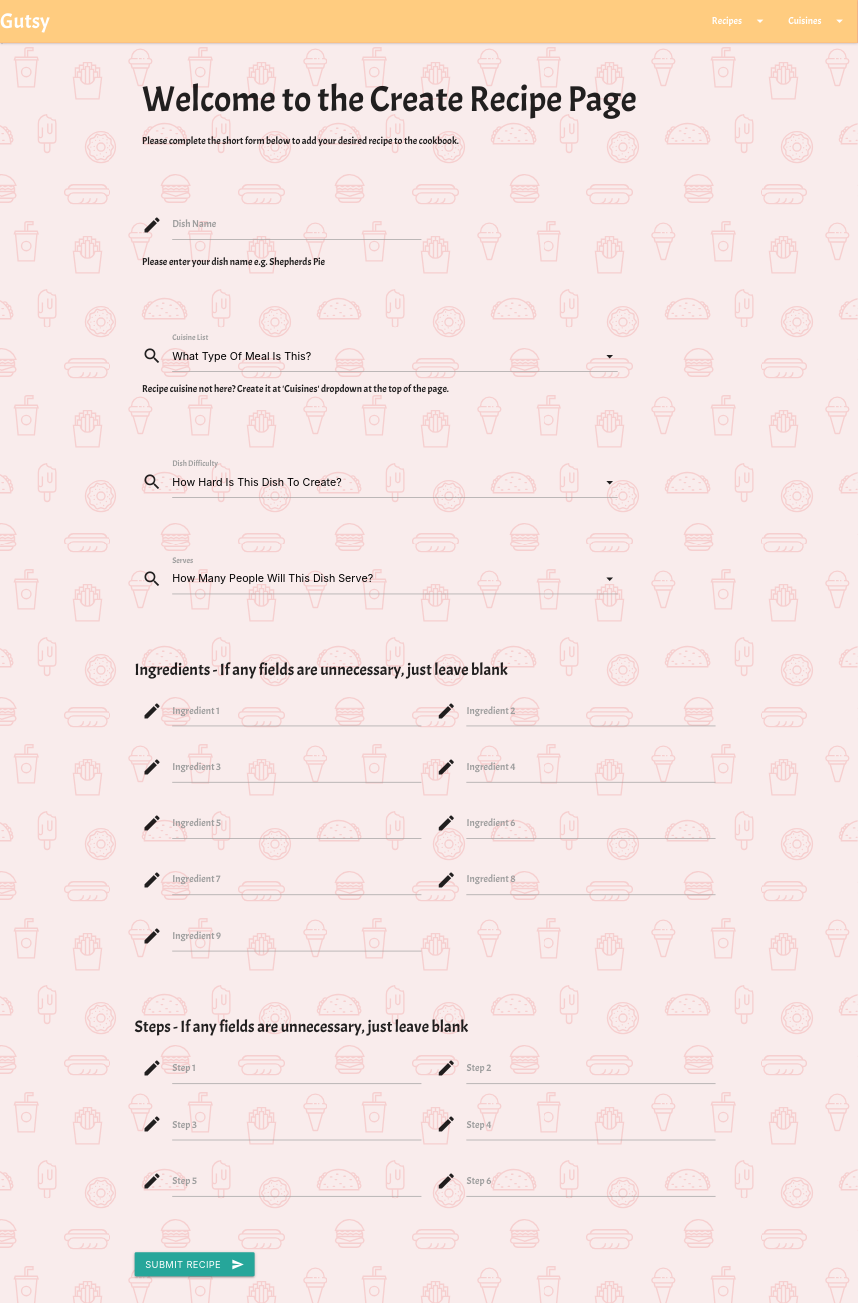
Repository: connor-blackburn/gutsy
Page: http://localhost/create_recipe
The author's editor kept a record of every edit. The page is drawn from the files as they stood at one moment, then again after the next edit.
The browser window is 1280 px wide. The pictures show the whole page, at 67% of full size.
The page is served by the project's application, run on Flask 3 (app.py). Queries for data that is not in the repository find no rows.

Above is the page before.

### templates/create_recipe.html
{% extends 'base.html' %} {% block content %}

<div class="row description container">
    <h2>Welcome to the Create Recipe Page</h2>
    <p>Please complete the short form below to add your desired recipe to the cookbook.</p>
</div>

<form action="{{ url_for('insert_recipe') }}" method="POST" class="col s12 container">

    <!-- A single input field creating the new recipe dish name -->
    <div class="row">
        <div class="input-field col s6">
            <i class="material-icons prefix">create</i>
            <input id="icon_prefix" type="text" id="recipes" name="dish_name" class="validate">
            <label for="icon_prefix" id="recipes" name="dish_name">Dish Name</label>
            <p>Please enter your dish name e.g. Shepherds Pie</p>
        </div>
    </div>
    <!-- A Dropdown Menu For User To Select Recipe Cuisine -->
    <div class="row">
        <div class="input-field col s10">
            <i class="material-icons prefix">search</i>
            <select id="recipes" name="cuisine_name">
                <option value="" disabled selected>What Type Of Meal Is This?</option>
                {% for cuisine in cuisines %}
                    <option value="{{cuisine.cuisine_name}}">{{cuisine.cuisine_name}}</option>
                {% endfor %}
            </select>
            <label>Cuisine List</label>
            <p>Recipe cuisine not here? Create it at 'Cuisines' dropdown at the top of the page.</p>
        </div>
    </div>
    <!-- A Dropdown Menu For A User To Select Recipe Difficulty -->
    <div class="row">
        <div class="input-field col s10">
            <i class="material-icons prefix">search</i>
            <select id="recipes" name="dish_difficulty">
                <option value="" disabled selected>How Hard Is This Dish To Create?</option>
                {% for difficulties in difficulties%}
                    <option value="{{difficulties.dish_difficulty}}">{{difficulties.dish_difficulty}}</option>
                {% endfor %}
            </select>
            <label>Dish Difficulty</label>
        </div>
    </div>
    <!-- A Dropdown Menu For A User To Select How Many People The Recipe Will Serve -->
    <div class="row">
        <div class="input-field col s10">
            <i class="material-icons prefix">search</i>
            <select id="recipes" name="serves">
                <option value="" disabled selected>How Many People Will This Dish Serve?</option>
                {% for serves in serves %}
                    <option value="{{serves.serves}}">{{serves.serves}}</option>
                {% endfor %}
            </select>
            <label>Serves</label>
        </div>
    </div>
    <!-- A Series Of Input Fields For A User To Input All Required Ingredients -->
    <div class="row">
        <h5>Ingredients - If any fields are unnecessary, just leave blank</h5>
        <div class="input-field col s6">
            <i class="material-icons prefix">create</i>
            <input id="icon_prefix" id="recipes" name="ingredient_1" type="text" class="validate">
            <label for="icon_prefix">Ingredient 1</label>
        </div>
        <div class="input-field col s6">
            <i class="material-icons prefix">create</i>
            <input id="icon_prefix" id="recipes" name="ingredient_2" type="text" class="validate">
            <label for="icon_prefix">Ingredient 2</label>
        </div>

        <div class="input-field col s6">
            <i class="material-icons prefix">create</i>
            <input id="icon_prefix" id="recipes" name="ingredient_3" type="text" class="validate">
            <label for="icon_prefix">Ingredient 3</label>
        </div>

        <div class="input-field col s6">
            <i class="material-icons prefix">create</i>
            <input id="icon_prefix" id="recipes" name="ingredient_4" type="text" class="validate">
            <label for="icon_prefix">Ingredient 4</label>
        </div>

        <div class="input-field col s6">
            <i class="material-icons prefix">create</i>
            <input id="icon_prefix" id="recipes" name="ingredient_5" type="text" class="validate">
            <label for="icon_prefix">Ingredient 5</label>
        </div>

        <div class="input-field col s6">
            <i class="material-icons prefix">create</i>
            <input id="icon_prefix" id="recipes" name="ingredient_6" type="text" class="validate">
            <label for="icon_prefix">Ingredient 6</label>
        </div>

        <div class="input-field col s6">
            <i class="material-icons prefix">create</i>
            <input id="icon_prefix" id="recipes" name="ingredient_7" type="text" class="validate">
            <label for="icon_prefix">Ingredient 7</label>
        </div>

        <div class="input-field col s6">
            <i class="material-icons prefix">create</i>
            <input id="icon_prefix" id="recipes" name="ingredient_8" type="text" class="validate">
            <label for="icon_prefix">Ingredient 8</label>
        </div>

        <div class="input-field col s6">
            <i class="material-icons prefix">create</i>
            <input id="icon_prefix" id="recipes" name="ingredient_9" type="text" class="validate">
            <label for="icon_prefix">Ingredient 9</label>
        </div>
    </div>
    <!-- A Series Of Input Fields For A User To Input All Required Steps To Create Recipe -->
    <div class="row">
        <h5>Steps - If any fields are unnecessary, just leave blank </h5>
        <div class="input-field col s6">
            <i class="material-icons prefix">create</i>
            <input id="icon_prefix" id="recipes" name="step_1" type="text" class="validate">
            <label for="icon_prefix">Step 1</label>
        </div>
        <div class="input-field col s6">
            <i class="material-icons prefix">create</i>
            <input id="icon_prefix" id="recipes" name="step_2" type="text" class="validate">
            <label for="icon_prefix">Step 2</label>
        </div>
        <div class="input-field col s6">
            <i class="material-icons prefix">create</i>
            <input id="icon_prefix" id="recipes" name="step_3" type="text" class="validate">
            <label for="icon_prefix">Step 3</label>
        </div>
        <div class="input-field col s6">
            <i class="material-icons prefix">create</i>
            <input id="icon_prefix" id="recipes" name="step_4" type="text" class="validate">
            <label for="icon_prefix">Step 4</label>
        </div>
        <div class="input-field col s6">
            <i class="material-icons prefix">create</i>
            <input id="icon_prefix" id="recipes" name="step_5" type="text" class="validate">
            <label for="icon_prefix">Step 5</label>
        </div>
        <div class="input-field col s6">
            <i class="material-icons prefix">create</i>
            <input id="icon_prefix" id="recipes" name="step_6" type="text" class="validate">
            <label for="icon_prefix">Step 6</label>
        </div>
    </div>
    <!-- Submit Button -->
    <div class="row">
        <button class="btn waves-effect waves-light" type="submit" name="action">Submit Recipe
            <i class="material-icons right">send</i>
        </button>
    </div>
</form>
{% endblock %}

### templates/base.html
<!DOCTYPE html>
<html>

<head>
    <meta charset="UTF-8">
    <meta name="viewport" content="width=device-width, initial-scale=1.0">
    <meta http-equiv="X-UA-Compatible" content="ie=edge">
    <link href="https://fonts.googleapis.com/icon?family=Material+Icons" rel="stylesheet">
    <link rel="stylesheet" href="https://cdnjs.cloudflare.com/ajax/libs/materialize/1.0.0/css/materialize.min.css">
    <link href="https://fonts.googleapis.com/css?family=Acme&display=swap" rel="stylesheet">
    <link rel="stylesheet" href="{{ url_for('static', filename='css/style.css') }}" type="text/css" />
</head>

<body>
    <header>
        <ul id="dropdown1" class="dropdown-content">
            <li><a href="{{url_for('get_recipes_step_one')}}">Edit Recipes</a></li>
            <li class="divider"></li>
            <li><a href="#!">Create Recipes</a></li>
        </ul>
        <ul id="dropdown2" class="dropdown-content">
            <li><a href="{{url_for('edit_cuisine_homepage')}}">Edit Cuisines</a></li>
            <li class="divider"></li>
            <li><a href="{{url_for('create_cuisine')}}">Create Cuisines</a></li>
        </ul>
        <ul id="dropdown3" class="dropdown-content">
            <li><a href="{{url_for('get_recipes_step_one')}}">Edit Recipes</a></li>
            <li class="divider"></li>
            <li><a href="#!">Create Recipes</a></li>
        </ul>
        <ul id="dropdown4" class="dropdown-content">
            <li><a href="{{url_for('edit_cuisine_homepage')}}">Edit Cuisines</a></li>
            <li class="divider"></li>
            <li><a href="{{url_for('create_cuisine')}}">Create Cuisines</a></li>
        </ul>
        <nav>
            <div class="nav-wrapper orange lighten-3">
                <a href="{{ url_for('home') }}" class="brand-logo">Gutsy</a>
                <a href="#" data-target="mobile-demo" class="sidenav-trigger"><i class="material-icons">menu</i></a>
                <ul class="right hide-on-med-and-down">
                    <li><a class="dropdown-trigger" href="#!" data-target="dropdown1">Recipes<i class="material-icons right">arrow_drop_down</i></a></li>
                    <li><a class="dropdown-trigger" href="#!" data-target="dropdown2">Cuisines<i class="material-icons right">arrow_drop_down</i></a></li>
                </ul>
            </div>
        </nav>

        <ul class="sidenav" id="mobile-demo">
            <li><a class="dropdown-trigger" href="#!" data-target="dropdown3">Recipes<i class="material-icons right">arrow_drop_down</i></a></li>
            <li><a class="dropdown-trigger" href="#!" data-target="dropdown4">Cuisines<i class="material-icons right">arrow_drop_down</i></a></li>
        </ul>
    </header>
    {% block content %} {% endblock %}

    <script type="text/javascript" src="https://cdnjs.cloudflare.com/ajax/libs/jquery/3.4.1/jquery.min.js"></script>
    <script src="https://cdnjs.cloudflare.com/ajax/libs/materialize/1.0.0/js/materialize.min.js"></script>
    <script type="text/javascript">
        $(document).ready(function() {
            $('.dropdown-trigger').dropdown();
            $('.collapsible').collapsible();
            $('.sidenav').sidenav();
            $('select').formSelect();
           // $('body').css('display', 'none');
            //$('body').fadeIn(1800);
        });
    </script>


</body>

</html>

### app.py
import os
from flask import Flask, render_template, redirect, request, url_for
from flask_pymongo import PyMongo
from bson.objectid import ObjectId

app = Flask(__name__)

app.config["MONGO_DBNAME"] = 'cookbook'
app.config["MONGO_URI"] = os.environ.get('MONGO_URI')

mongo = PyMongo(app)

# Home Page - Index
@app.route('/')
@app.route('/home')
def home():
    return render_template('index.html',
    cuisines=mongo.db.cuisines.find())

# Create Cuisine Page - Short Form
@app.route('/create_cuisine')
def create_cuisine():
    return render_template('create_cuisine.html',
    cuisines=mongo.db.cuisines.find())

# Inserts New Cuisine To Site & Redirects Back To Cuisine Homepage
@app.route('/insert_cuisine', methods=['POST'])
def insert_cuisine():
    cuisines = mongo.db.cuisines
    cuisines.insert_one(request.form.to_dict())
    return redirect(url_for('edit_cuisine_homepage'))

# Edit Cuisine Homepage - Shows Collection For User Choice
@app.route('/edit_cuisine_homepage')
def edit_cuisine_homepage():
    return render_template('edit_cuisine_homepage.html',
    cuisines=mongo.db.cuisines.find())

# Edit Cuisine Page, Cuisine Title Altered Here
@app.route('/edit_cuisine/<cuisine_id>')
def edit_cuisine(cuisine_id):
    return render_template('edit_cuisine.html',
    cuisines=mongo.db.cuisines.find_one({'_id': ObjectId(cuisine_id)}))

# Confirms Cuisine Change & Redirects Back To Cuisine Homepage
@app.route('/update_cuisine/<cuisine_id>', methods=['POST'])
def update_cuisine(cuisine_id):
    mongo.db.cuisines.update(
        {'_id': ObjectId(cuisine_id)},
        {'cuisine_name': request.form.get('cuisine_name')})
    return redirect(url_for('edit_cuisine_homepage'))

# Confirms Cuisine Deletion & Redirects Back To Cuisine Homepage
@app.route('/delete_cuisine/<cuisine_id>')
def delete_cuisine(cuisine_id):
    mongo.db.cuisines.remove({'_id': ObjectId(cuisine_id)}),
    return redirect(url_for('edit_cuisine_homepage'))

# Displays Correct Recipe In Relation To Cuisine Chosen
@app.route('/recipe_display/<cuisine_id>')
def recipe_display(cuisine_id):
    return render_template('recipe_display.html',
    recipes=mongo.db.recipes.find(),
    difficulties=mongo.db.difficulties.find(),
    serves=mongo.db.serves.find(),
    cuisines=mongo.db.cuisines.find_one({'_id': ObjectId(cuisine_id)}))

# Displays Cuisines So Users Can Narrow Recipe Search Efficiently
@app.route('/get_recipes_step_one')
def get_recipes_step_one():
    return render_template('get_recipes_step_one.html',
    cuisines=mongo.db.cuisines.find())

# Displays Recipes With Edit & Delete Buttons For User
@app.route('/get_recipes_step_two/<cuisine_id>')
def get_recipes_step_two(cuisine_id):
    return render_template('get_recipes_step_two.html',
    recipes=mongo.db.recipes.find(),
    cuisines=mongo.db.cuisines.find_one({'_id': ObjectId(cuisine_id)}))

# Confirms Cuisine Deletion & Redirects Back To Recipe Step One
@app.route('/delete_recipe/<recipe_id>')
def delete_recipe(recipe_id):
    mongo.db.recipes.remove({'_id': ObjectId(recipe_id)}),
    return redirect(url_for('get_recipes_step_one'))

#SPACE FOR RECIPE EDIT

# Allows User To Fill Form Creating New Recipe
@app.route('/create_recipe')
def create_recipe():
    return render_template('create_recipe.html',
    recipes=mongo.db.recipes.find(),
    cuisines=mongo.db.cuisines.find(),
    difficulties=mongo.db.difficulties.find(),
    serves=mongo.db.serves.find())

# This Allows The Form To Update Theh Database
@app.route('/insert_recipe', methods=['POST'])
def insert_recipe():
    recipes = mongo.db.recipes
    recipes.insert_one(request.form.to_dict())
    return redirect(url_for('create_recipe'))

# This Offers A User A Form With Dynamically Loaded Content To Edit
@app.route('/edit_recipe/<recipe_id>')
def edit_recipe(recipe_id):
    recipes = mongo.db.recipes.find_one({"_id": ObjectId(recipe_id)})
    cuisine = mongo.db.cuisines.find()
    difficulties = mongo.db.difficulties.find()
    serves = mongo.db.serves.find()
    return render_template('edit_recipe.html', recipe=recipes,
    cuisines=cuisine, difficulties=difficulties, serves=serves)

# Confirms Recipe Change & Redirects Back To Get Recipe Step Two
@app.route('/update_recipe/<recipe_id>', methods=['POST'])
def update_recipe(recipe_id):
    recipes = mongo.db.recipes
    print(request.form.get('dish_difficulty'))
    recipes.update({'_id': ObjectId(recipe_id)},
        {
            'cuisine_name':request.form.get('cuisine_name'),
            'dish_name':request.form.get('dish_name'),
            'dish_difficulty':request.form.get('dish_difficulty'),
            'serves':request.form.get('serves'),
            'ingredient_1':request.form.get('ingredient_1'),
            'ingredient_2':request.form.get('ingredient_2'),
            'ingredient_3':request.form.get('ingredient_3'),
            'ingredient_4':request.form.get('ingredient_4'),
            'ingredient_5':request.form.get('ingredient_5'),
            'ingredient_6':request.form.get('ingredient_6'),
            'ingredient_7':request.form.get('ingredient_7'),
            'ingredient_8':request.form.get('ingredient_8'),
            'ingredient_9':request.form.get('ingredient_9'),
            'step_1':request.form.get('step_1'),
            'step_2':request.form.get('step_2'),
            'step_3':request.form.get('step_3'),
            'step_4':request.form.get('step_4'),
            'step_5':request.form.get('step_5')

        })
    return redirect(url_for('home'))

if __name__ == '__main__':
    app.run(host=os.environ.get('IP'),
        port=int(os.environ.get('PORT')),
        debug=True)

### static/css/style.css
body {
    margin: 0;
    padding: 0;
    font-family: 'Acme', sans-serif;
    background-color: #f9ecec;
    background-image: url("data:[embedded picture, 9922 characters]");

}

.heading {
    height: 80vh;
}


.container .heading h1 {
    text-align: center;
    font-size: 9em;
}

.container .heading h5 {
    font-size: 2em;
    text-align: center;
}

.cuisine_selection {
    text-align: center;
}

.cuisine_selection h1{
    font-size: 5em;
}
.hero_image {
    margin: 0;
    z-index: -1;
    text-align: center;
}

.row {
    padding: 20px;
}

After the next edit:
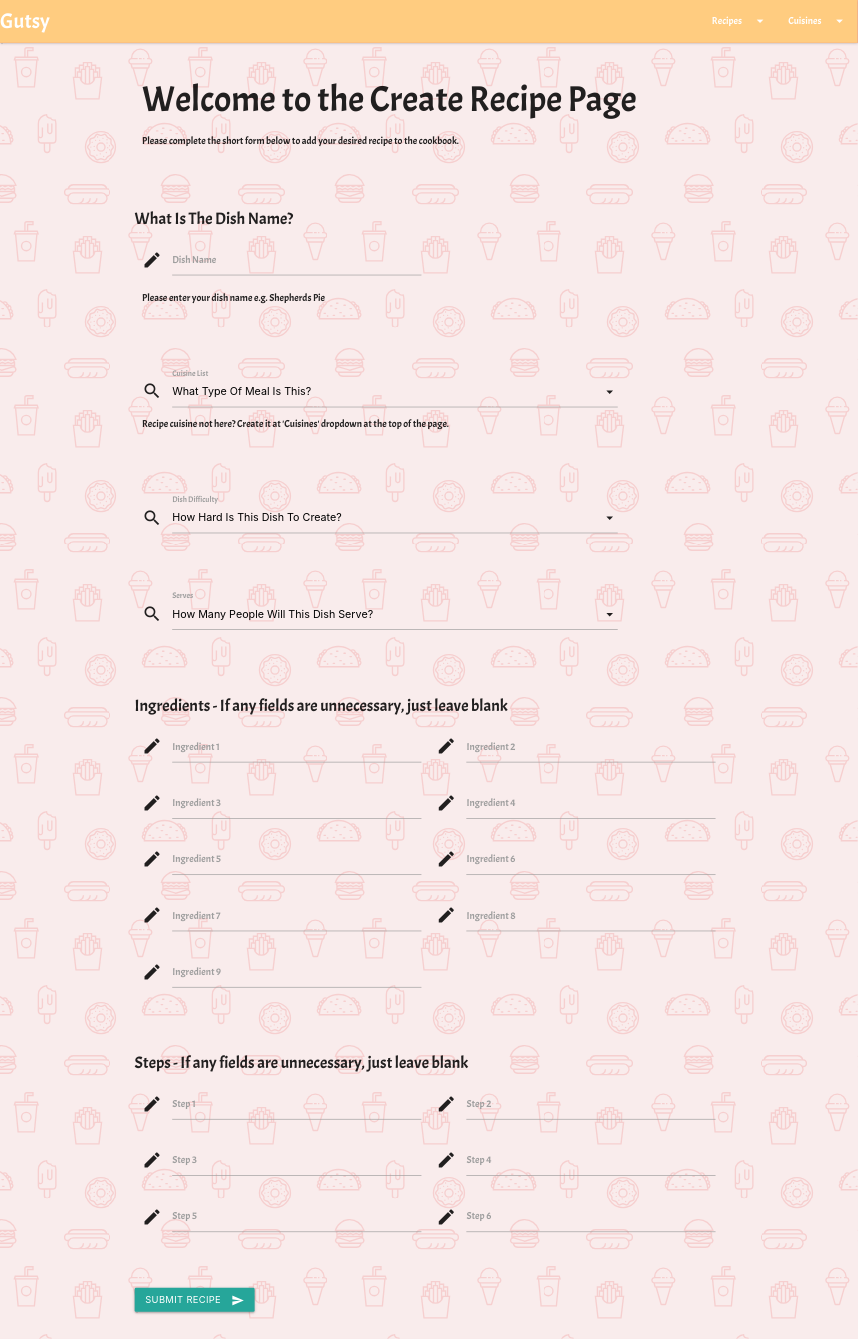
The edit:
--- a/templates/create_recipe.html
+++ b/templates/create_recipe.html
@@ -9,6 +9,7 @@
 
     <!-- A single input field creating the new recipe dish name -->
     <div class="row">
+        <h5>What Is The Dish Name?</h5>
         <div class="input-field col s6">
             <i class="material-icons prefix">create</i>
             <input id="icon_prefix" type="text" id="recipes" name="dish_name" class="validate">
